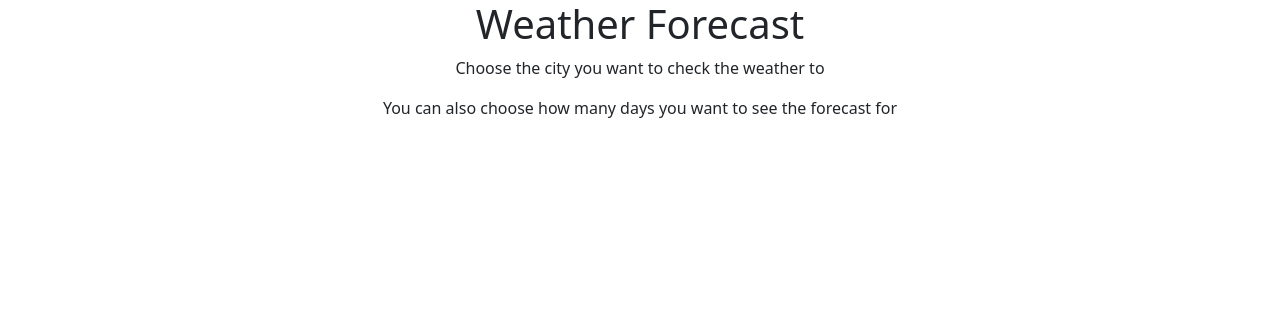
Repository: DimitrisDoxopoulos/my-own-weather-app
Page: /
The author's editor kept a copy of each file at every save. The page is drawn from the files as they stood at one save, then again after the next save.
The browser window is 1280 px wide. The pictures show the whole page.
The project was rebuilt for these pictures with package versions that can differ from the ones it lists, and the page was loaded fresh each time.

Above is the page before, as saved 2021-06-03 15:10:31.

### src/App.js
import './App.css';

/*--------------- Importing Components ------------------- */
import Header from './components/Header'
import Tagline from './components/Tagline'
/*--------------- Importing Components ------------------- */

function App() {
  return (
    <div className="App">
      <Header />
      <Tagline />
    </div>
  );
}

export default App;

### src/components/Header.js
import React from 'react'

const Header = () => {
    return (
        <div className="">
            <h1 className="">Weather Forecast</h1>
        </div>
    )
}

export default Header

### src/components/Tagline.js
import React from 'react'

const Tagline = () => {
    return (
        <div>
            <p>Choose the city you want to check the weather to</p>
            <p>You can also choose how many days you want to see the forecast for</p>
        </div>
    )
}

export default Tagline

### src/components/Form.js
import React from 'react'

const Form = () => {
    return (
        <div>
            <form>
                <div class="form-group">
                    <label for="exampleFormControlInput1">Email address</label>
                    <input type="email" class="form-control" id="exampleFormControlInput1" placeholder="name@example.com" />
                </div>
                <div class="form-group">
                    <label for="exampleFormControlSelect1">Example select</label>
                    <select class="form-control" id="exampleFormControlSelect1">
                    <option>1</option>
                    <option>2</option>
                    <option>3</option>
                    <option>4</option>
                    <option>5</option>
                    </select>
                </div>
                <input type="submit" value="Submit" />
            </form>
        </div>
    )
}

export default Form

Loaded but not shown: public/index.html (common file); src/index.js (common file); src/index.css (common file); src/reportWebVitals.js (common file); src/App.css (common file)

After the next save:
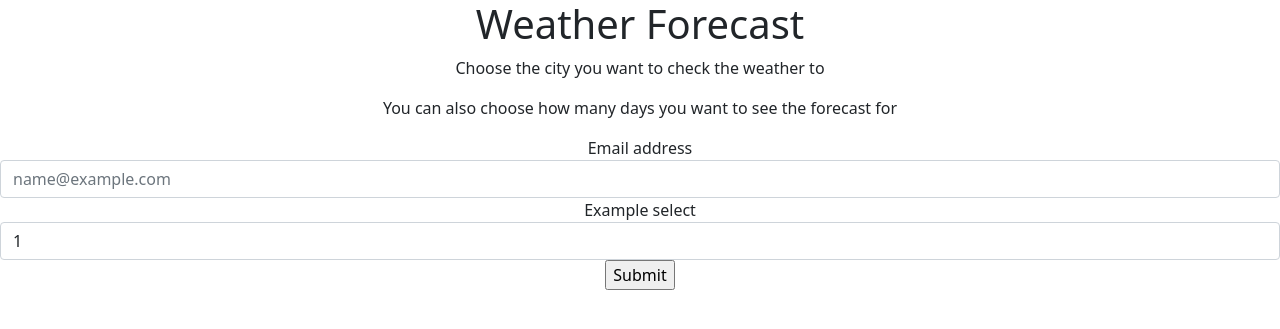
Saved 21 s later.
--- a/src/App.js
+++ b/src/App.js
@@ -3,6 +3,7 @@ import './App.css';
 /*--------------- Importing Components ------------------- */
 import Header from './components/Header'
 import Tagline from './components/Tagline'
+import Form from './components/Form'
 /*--------------- Importing Components ------------------- */
 
 function App() {
@@ -10,6 +11,7 @@ function App() {
     <div className="App">
       <Header />
       <Tagline />
+      <Form />
     </div>
   );
 }
